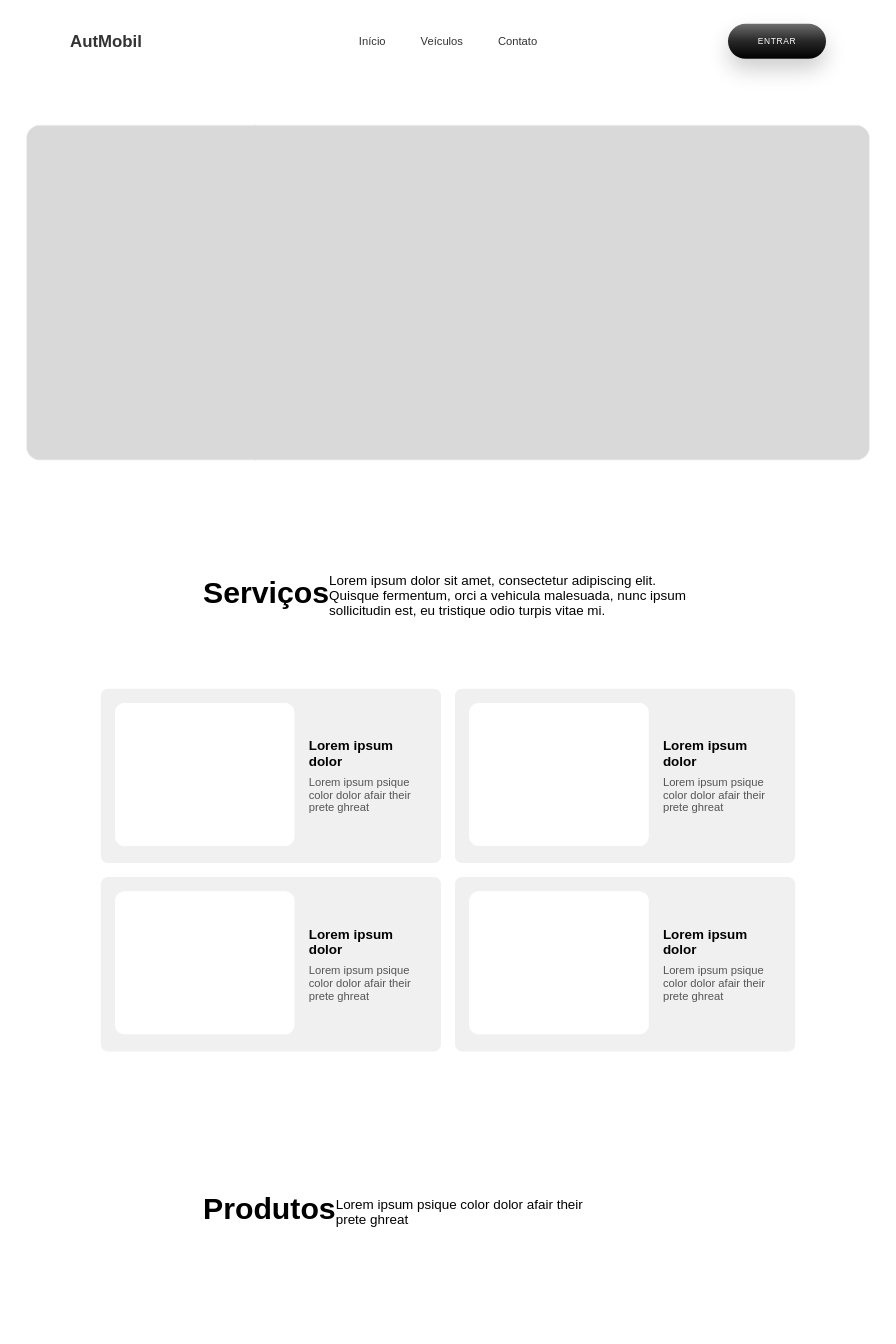
Repository: Matheus904-12/Reforma
Page: index.html
The author's editor kept a copy of each file at every save. The page is drawn from the files as they stood at one save, then again after the next save.
The browser window is 1280 px wide. The pictures show the part of the page from y = 0 to 1920 px (the page is 3053 px tall), at 70% of full size.

Above is the page before, as saved 2024-08-01 20:32:40.

After the next save:
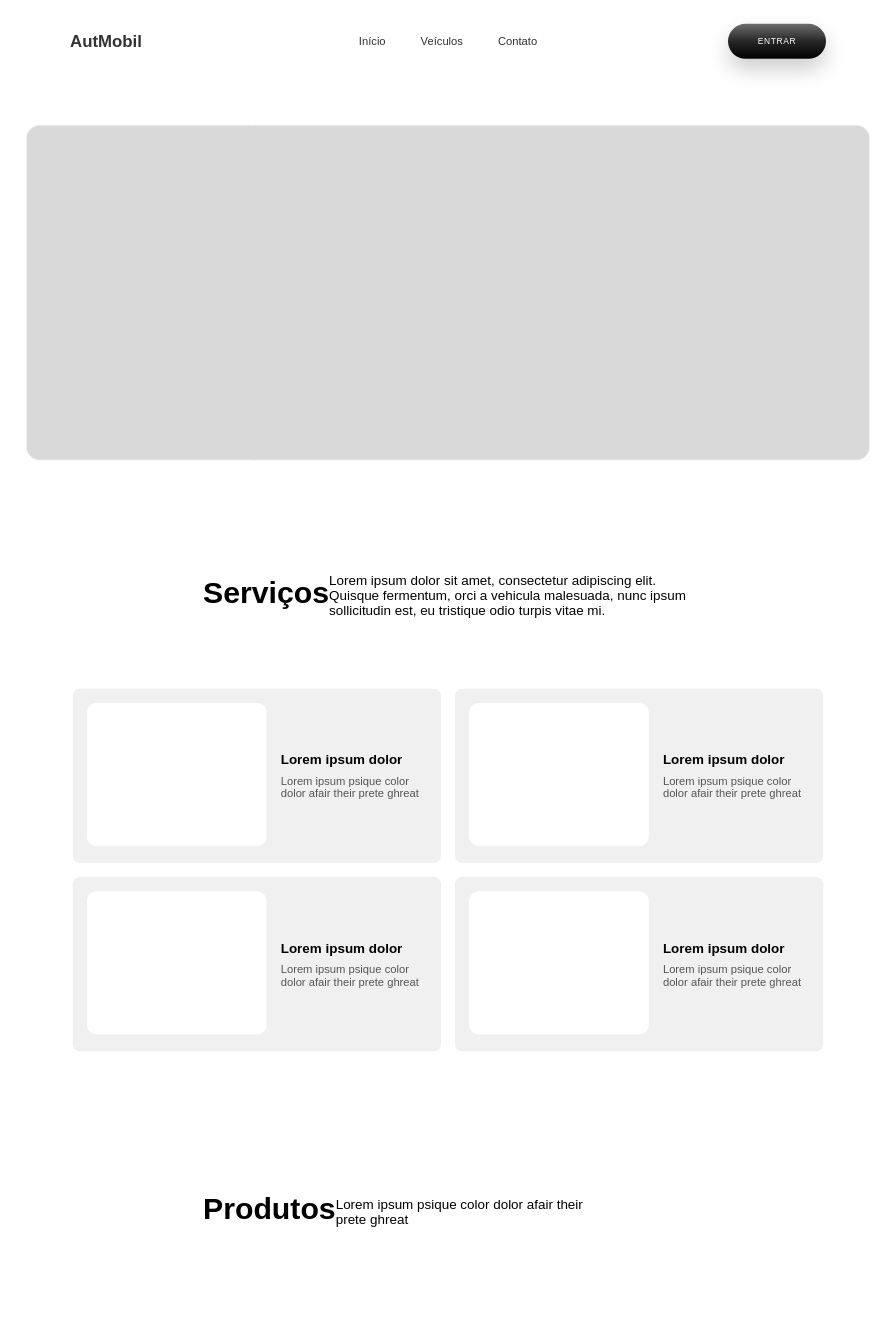
Saved 36 s later.
--- a/styles.css
+++ b/styles.css
@@ -227,11 +227,7 @@ header {
 }
 
 /*=============== BASE ===============*/
-* {
-  box-sizing: border-box;
-  padding: 0;
-  margin: 0;
-}
+
 
 
 
